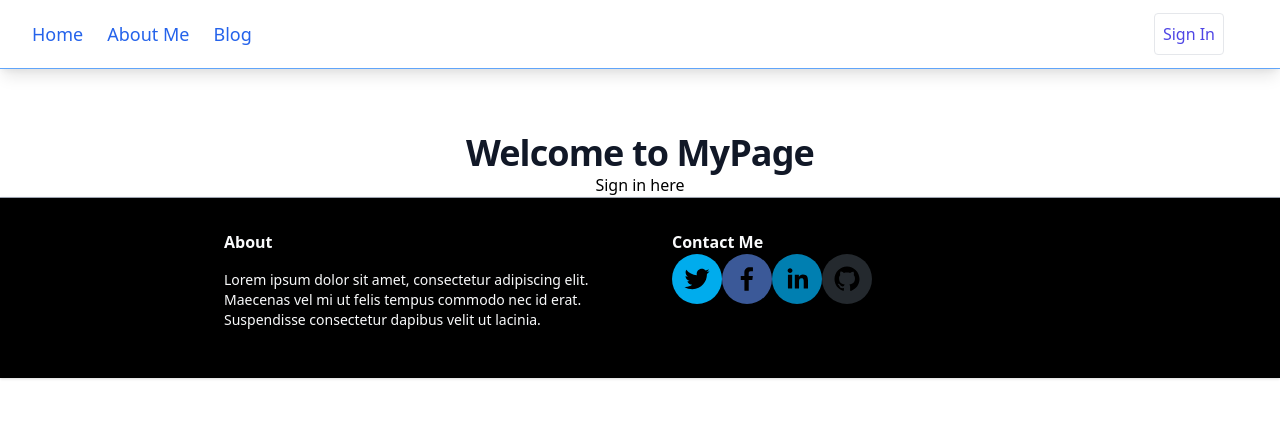
Repository: rushilramesh/portfolio-page
Page: /
An editor plug-in stored every save of this project. The page is shown before and after the next save, followed by the edit.
The browser window is 1280 px wide. The pictures show the whole page.
The project was rebuilt for these pictures with package versions that can differ from the ones it lists, and the page was loaded fresh each time. The framework's server and built-in components were replaced by stand-ins that run in the browser. Also part of the build but not shown: next.config.js.

Above is the page before, as saved 2021-05-21 02:36:35.

### pages/_app.tsx
import '../styles/globals.css'


function MyApp({ Component, pageProps }) {
  let loggedIn: boolean = false;

  return (

    <Component {...pageProps} />

  )

}

export default MyApp

### pages/index.tsx
import Head from 'next/head'
import Image from 'next/image'
import Link from 'next/link'
import Layout from '../components/Layout'
import utilStyles from '../styles/utils.module.css'

export default function Home() {
  return (
    <Layout>
      <Head>
        <title>Personal Portfolio</title>
      </Head>
      <div className="container mx-auto mt-16 text-center bg-white border-gray-100" >

        <h1 className="text-4xl tracking-tight font-extrabold text-gray-900">Welcome to MyPage</h1>
        <Link href='/login'>
          <a className="mt-4">Sign in here</a>
        </Link>
      </div>
    </Layout>

  )
}

### components/Layout.tsx
import Nav from './Nav'
import Footer from './Footer'
import utilStyles from '../styles/utils.module.css'
import Link from 'next/link'
import { SocialIcon } from 'react-social-icons';

const Layout = ({children, loggedIn} : {children: React.ReactNode, loggedIn?: boolean}) => {
    return (
        <div className="flex flex-col width-screen height-screen">
        <Nav />
        <div className="container mx-auto text-center">
            <main>{children}</main>
        </div>
        <footer className="bg-black border-t border-gray-400 shadow mb-16 text-gray-50">
            <div className="container max-w-4xl mx-auto flex py-8 space-y-4ß">
                <div className="flex w-full md:w-1/2 ">
                    <div className="px-8">
                        <h3 className="font-bold text-gray-50">About</h3>
                        <p className="py-4 text-gray-50 text-sm">
                            Lorem ipsum dolor sit amet, consectetur adipiscing elit. Maecenas vel mi ut felis tempus commodo nec id erat. Suspendisse consectetur dapibus velit ut lacinia.
                        </p>
                    </div>
				</div>

                <div className="flex w-full md:w-1/2 ">
					<div className="px-8">
						<h3 className="font-bold text-gray-50">Contact Me</h3>
						<div className="container justify-center inline-flex mt-16space-x-4">
                            <a href='https://twitter.com/?lang=en'><SocialIcon network="twitter" /></a>
                            <a href='https://www.facebook.com/'><SocialIcon network="facebook" /></a>
                            <a href='https://www.linkedin.com/in/rushil-ramesh-2a8404209/'><SocialIcon network="linkedin" /></a>
                            <a href='https://github.com/rushilramesh'><SocialIcon network="github" /></a>
                        </div>
					</div>
				</div>
            </div>
        </footer>
        </div>
    )
}

export default Layout;

### components/Nav.tsx
/* This example requires Tailwind CSS v2.0+ */
import Link from 'next/link'

const navs = [
   {name: 'Home', href: '/'},
   {name: 'About Me', href: './about'},
   {name: 'Blog', href: './blog'}
]


export default function Nav({loggedIn} : {loggedIn?: boolean}) {

  return (
    <nav id="header" className="w-full z-30 top-10 py-1 bg-white shadow-lg border-b border-blue-400 mt-15">
      <div className="w-full flex items-center justify-between mt-0 px-6 py-2">
       <label  className="cursor-pointer md:hidden block">
          <svg className="fill-current text-blue-600" xmlns="http://www.w3.org/2000/svg" width="20" height="20" viewBox="0 0 20 20">
             <title>menu</title>
             <path d="M0 3h20v2H0V3zm0 6h20v2H0V9zm0 6h20v2H0v-2z"></path>
          </svg>
       </label>
       <input className="hidden" type="checkbox" id="menu-toggle"/>

       <div className="hidden md:flex md:items-center md:w-auto w-full order-3 md:order-1" id="menu">
          <nav>
             <ul className="md:flex items-center justify-between text-base text-blue-600 pt-4 md:pt-0">
                {navs.map((item) => (
                <li key={item.name} >
                  <Link href={item.href}>
                     <a className="inline-block no-underline hover:text-black font-medium text-lg py-2 px-4 lg:-ml-2" >{item.name}</a>
                  </Link>
                </li>))}
             </ul>
          </nav>
       </div>

       <div className="order-2 md:order-3 flex flex-wrap items-center justify-end mr-0 md:mr-4" id="nav-content">
          <div className="auth flex items-center w-full md:w-full">
             <button className="bg-white text-indigo-600  p-2 rounded border mr-4 hover:bg-gray-100 hover:text-indigo-700">
               { !loggedIn ? (
                  <Link href="./login">
                     <a>Sign In</a>
                  </Link>) : (
                     <Link href="/">
                        <a>Sign Out</a>
                     </Link>
                  )
               }
             </button>
          </div>
       </div>
      </div>
    </nav>
  )
}

### tailwind.config.js
module.exports = {

  purge: ['./pages/**/*.{js,ts,jsx,tsx}', './components/**/*.{js,ts,jsx,tsx}'],
  darkMode: false, // or 'media' or 'class'
  theme: {
    extend: {
      backgroundImage: theme => ({
        'main-background': "url('/images/background-photo.jpeg')",
      })
    },
  },
  variants: {
    extend: {
      justifyItems: ['hover', 'focus'],
    },
  },
  plugins: [],
}

Loaded but not shown: styles/globals.css (common file)

After the next save:
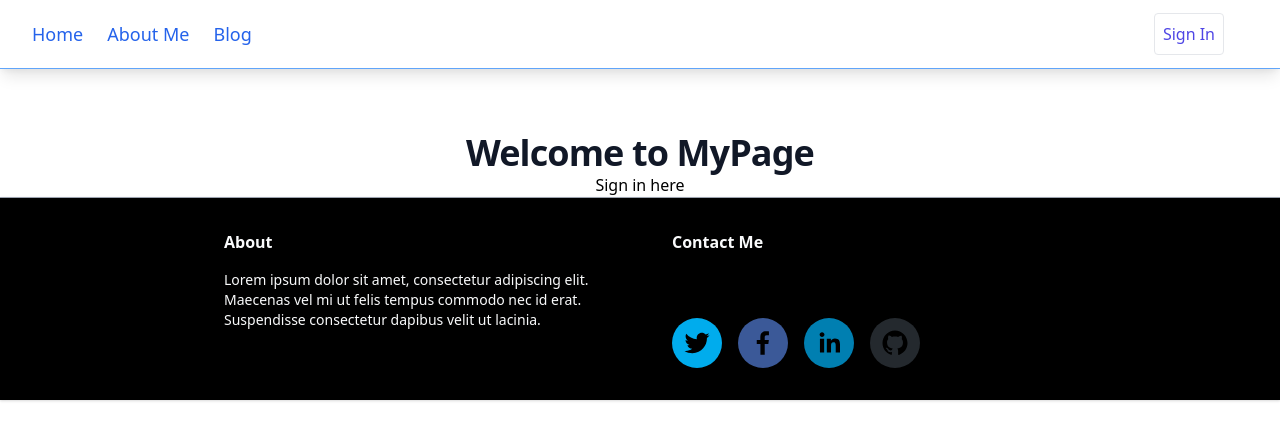
Saved 10 s later.
--- a/components/Layout.tsx
+++ b/components/Layout.tsx
@@ -25,7 +25,7 @@ const Layout = ({children, loggedIn} : {children: React.ReactNode, loggedIn?: bo
                 <div className="flex w-full md:w-1/2 ">
 					<div className="px-8">
 						<h3 className="font-bold text-gray-50">Contact Me</h3>
-						<div className="container justify-center inline-flex mt-16space-x-4">
+						<div className="container justify-center inline-flex mt-16 space-x-4">
                             <a href='https://twitter.com/?lang=en'><SocialIcon network="twitter" /></a>
                             <a href='https://www.facebook.com/'><SocialIcon network="facebook" /></a>
                             <a href='https://www.linkedin.com/in/rushil-ramesh-2a8404209/'><SocialIcon network="linkedin" /></a>
